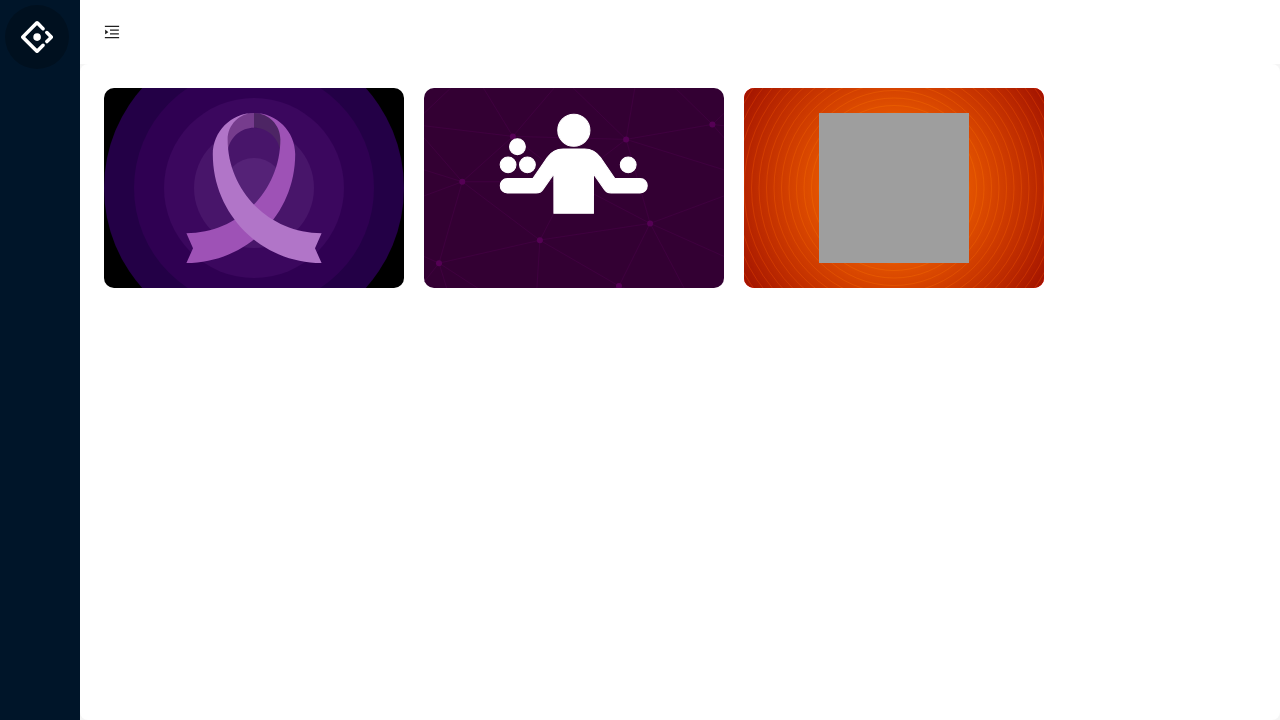
Repository: xshamrose/RAYi-AI
Page: / (app in client/)
These files come from the project's save history. The page is drawn as it stood at one moment and after the next save; the edit follows.
The browser window is 1280 px wide. The pictures show the whole page.
Pictures or frames that could not be fetched are drawn as grey boxes. The project was rebuilt for these pictures with package versions that can differ from the ones it lists, and the page was loaded fresh each time. Also part of the build but not shown: client/src/pages/Candetect.css, client/src/pages/Header.js, client/src/pages/Candetect.js, client/src/pages/Chatbox.js.

Above is the page before, as saved 2024-03-11 18:51:41.

After the next save:
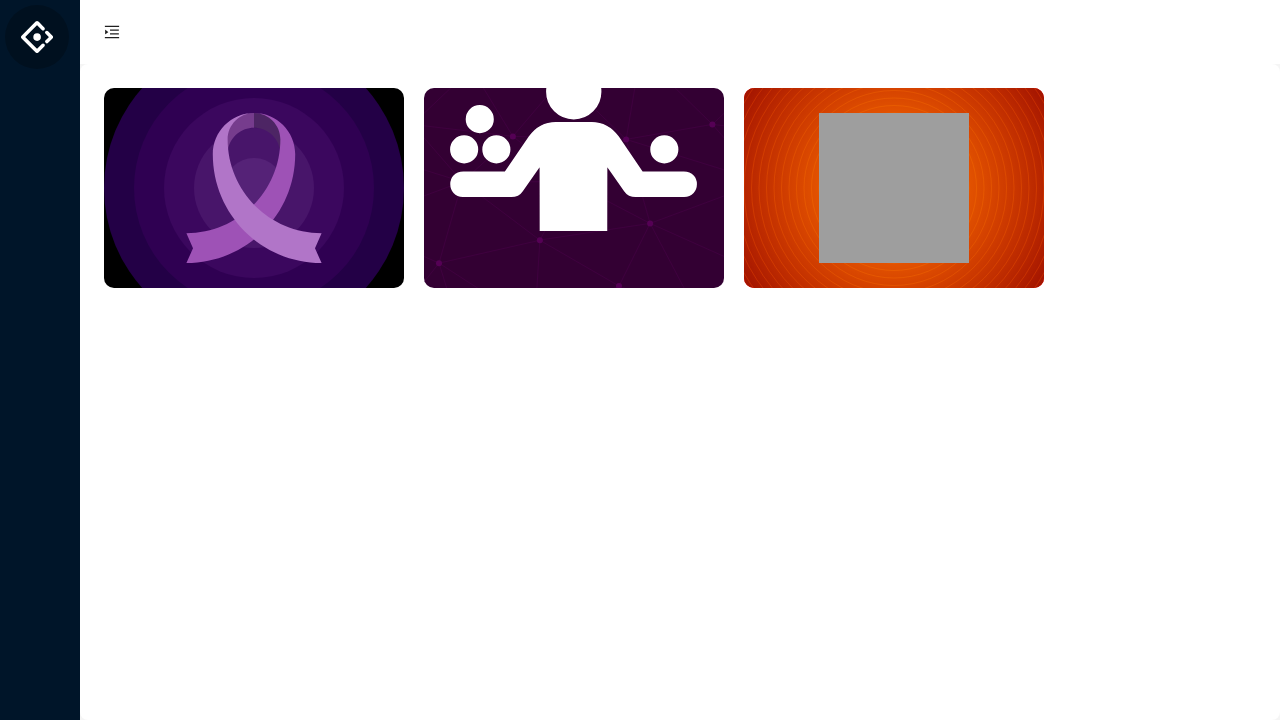
Saved 10 min 8 s later.
--- a/client/src/pages/home.css
+++ b/client/src/pages/home.css
@@ -77,8 +77,8 @@
   }
   .count{
 
-    height: 150px;
-    width: 150px;
+    height: 250px;
+    width: 250px;
     position: absolute;
   }
   .faceid{
